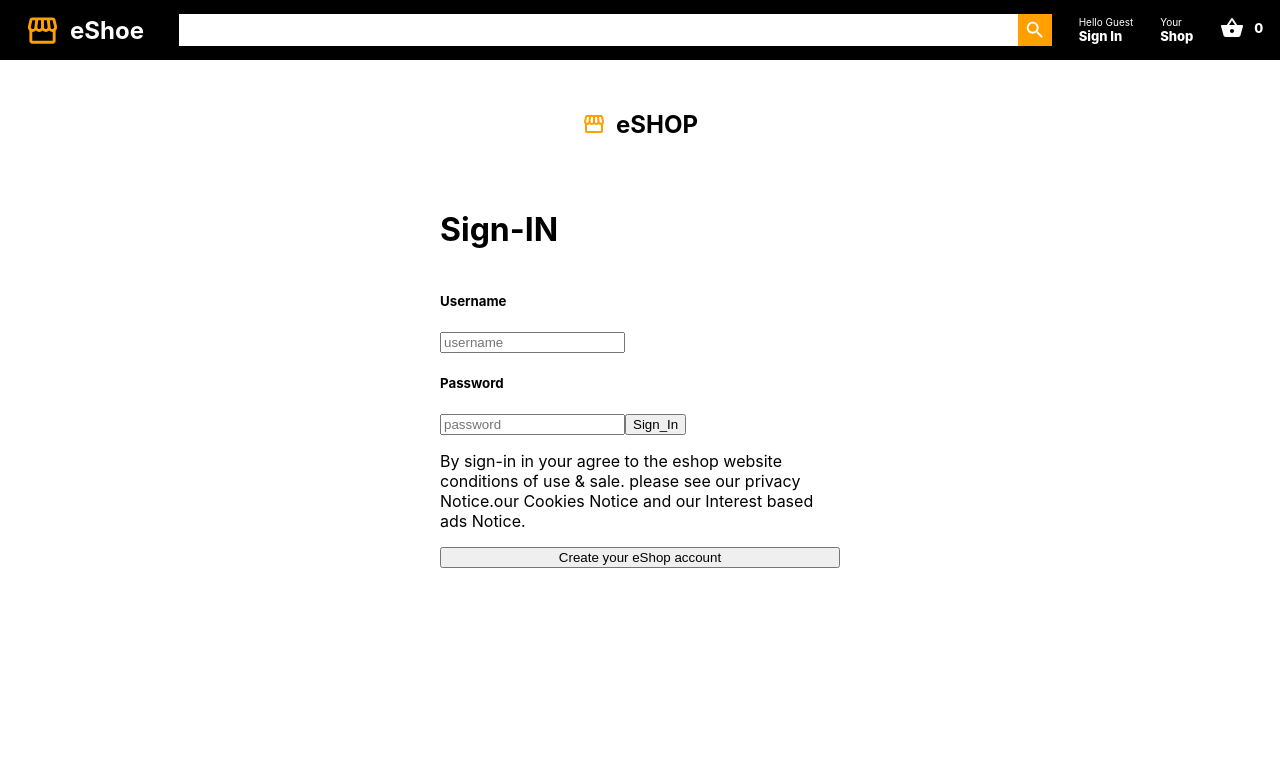
Repository: sandeepreddyvitta/react
Page: /login (app in eshop/)
These files come from the project's save history. The page is drawn as it stood at one moment and after the next save; the edit follows.
The browser window is 1280 px wide. The pictures show the whole page.
The project was rebuilt for these pictures with package versions that can differ from the ones it lists, and the page was loaded fresh each time. Also part of the build but not shown: eshop/src/components/products/product.scss, eshop/src/components/products/Product.js, eshop/src/components/home/home.scss, eshop/src/components/home/Home.js, eshop/src/components/checkOut/checkout.scss, eshop/src/components/checkOut/checkoutproduct.scss, eshop/src/components/checkOut/CheckOutProduct.js, eshop/src/components/checkOut/subtotal.scss and 2 more.

Above is the page before, as saved 2022-12-07 11:39:37.

### eshop/public/index.html
<!DOCTYPE html>
<html lang="en">

<head>
  <meta charset="utf-8" />
  <link rel="icon" href="%PUBLIC_URL%/favicon.ico" />
  <meta name="viewport" content="width=device-width, initial-scale=1" />
  <meta name="theme-color" content="#000000" />
  <meta name="description" content="Web site created using create-react-app" />
  <link rel="apple-touch-icon" href="%PUBLIC_URL%/logo192.png" />
  <!--
      manifest.json provides metadata used when your web app is installed on a
      user's mobile device or desktop. See https://developers.google.com/web/fundamentals/web-app-manifest/
    -->
  <link rel="manifest" href="%PUBLIC_URL%/manifest.json" />

  <!--
      Notice the use of %PUBLIC_URL% in the tags above.
      It will be replaced with the URL of the `public` folder during the build.
      Only files inside the `public` folder can be referenced from the HTML.

      Unlike "/favicon.ico" or "favicon.ico", "%PUBLIC_URL%/favicon.ico" will
      work correctly both with client-side routing and a non-root public URL.
      Learn how to configure a non-root public URL by running `npm run build`.
    -->
  <title>eShop</title>
</head>

<body>
  <noscript>You need to enable JavaScript to run this app.</noscript>
  <div id="root"></div>
  <!--
      This HTML file is a template.
      If you open it directly in the browser, you will see an empty page.

      You can add webfonts, meta tags, or analytics to this file.
      The build step will place the bundled scripts into the <body> tag.

      To begin the development, run `npm start` or `yarn start`.
      To create a production bundle, use `npm run build` or `yarn build`.
    -->
</body>

</html>

### eshop/src/index.js
import React from 'react';
import ReactDOM from 'react-dom/client';
import './index.css';
import App from './App';
import reportWebVitals from './reportWebVitals';
import reducer, { initialState } from './components/data/reducer';
import { StateProvider } from './components/data/StateProvider';

const root = ReactDOM.createRoot(document.getElementById('root'));
root.render(
  <React.StrictMode>
    <StateProvider initialState={initialState} reducer={reducer}>
      <App />
    </StateProvider>
  </React.StrictMode>
);


reportWebVitals();

### eshop/src/App.js
import React, { Children } from 'react'
import Home from './components/home/Home';
import NavBar from './components/navbar/NavBar';
import CheckOut from './components/checkOut/CheckOut'
import { createBrowserRouter, RouterProvider, Route, Outlet } from 'react-router-dom'
import Login from './components/login/Login';


function App() {
  const Layout = () => {
    return (
      <div>
        <NavBar />
        <>
          <Outlet />
        </>
      </div>
    )
  }

  const router = createBrowserRouter([
    {
      path: "/",
      element: <Layout />,
      children: [
        {
          path: '/',
          element: <Home />
        },
        {
          path: "/checkout",
          element: <CheckOut />
        },
        {
          path: '/login',
          element: <Login />
        }
      ]
    },
  ])
  return (
    <div className="App">
      <RouterProvider router={router} />
    </div>
  );
}

export default App;

### eshop/src/components/data/reducer.js
export const initialState = {
    basket: [],
};

export const getTotalAmount = (basket) => {
    console.log(basket)
    return (basket?.reduce((amount, item) => item.price + amount, 0));
}
const reducer = (state = initialState, action) => {
    switch (action.type) {
        case "Add_To_Basket":
            return {
                ...state, basket: [...state.basket, action.item],
            }
        case "Remove_To_Basket":
            const index = state.basket.findIndex(basketitem => basketitem.id === action.id);
            let newBasket = [...state.basket];
            if (index >= 0) {
                newBasket.splice(index, 1);
            }
            else {
                console.warn(`can't remove product id ${action.id} `)
            }
            return {
                ...state, basket: newBasket,
            }
        default:
            return { ...state }
    }
}

export default reducer;

### eshop/src/components/data/StateProvider.js
import React, { createContext, useContext, useReducer } from 'react'

export const StateContext = createContext();

export const StateProvider = ({ reducer, initialState, children }) => (
    <StateContext.Provider value={useReducer(reducer, initialState)}>
        {children}
    </StateContext.Provider>
);

export const useStateValue = () => useContext(StateContext);

### eshop/src/components/navbar/NavBar.js
import './navbar.scss'
import ShoppingBasketIcon from '@mui/icons-material/ShoppingBasket';
import StorefrontIcon from '@mui/icons-material/Storefront';
import SearchIcon from '@mui/icons-material/Search';
import { Link } from 'react-router-dom'
import { useStateValue } from '../data/StateProvider';
const NavBar = () => {
    const [{ basket }, dispatch] = useStateValue();
    return (
        <div className='navBar'>
            <Link to='/' style={{ textDecoration: "none" }}>
                <div className='headerLogo'>
                    <StorefrontIcon fontSize='large' className='storeIcon' />
                    <h2 className="title">eShoe</h2>
                </div>

            </Link>
            <div className='searchBar'>
                <input type="text" className='searchBarInput' />
                <SearchIcon className='searchIcon' />
            </div>
            <div className='userItems'>
                <Link to='/login' style={{ textDecoration: "none" }}>
                    <div className='headerItem'>
                        <span className='nav_itemOne'>Hello Guest</span>
                        <span className='nav_itemTwo'>Sign In</span>
                    </div>
                </Link>
                <div className='headerItem'>
                    <span className='nav_itemOne'>Your</span>
                    <span className='nav_itemTwo'>Shop</span>
                </div>
                <div className='headerItem'>
                    <Link to="/checkout" style={{ textDecoration: "none" }}>
                        <div className='basket'>
                            <ShoppingBasketIcon className='basketIcon' />
                            <span className='nav_itemTwo'>{basket.length}</span>
                        </div>
                    </Link>
                </div>
            </div>
        </div >
    )
}

export default NavBar

### eshop/src/components/login/Login.js
import { StorefrontOutlined } from '@material-ui/icons';
import { useState } from 'react'
import { Link } from 'react-router-dom';
import './login.scss'

const Login = () => {
    const [userName, setUserName] = useState('');
    const [password, setPassword] = useState('');
    return (
        <div className='login'>
            <Link to='/' style={{ textDecoration: "none" }}>
                <div className='logo'>
                    <StorefrontOutlined className='icon' fontsize='large' />
                    <h2 className='title'>eSHOP</h2>
                </div>
            </Link>
            <div className='loginContainer'>
                <h1>Sign-IN</h1>
                <form>
                    <h5>Username</h5>
                    <input type="text" value={userName} name="userName" onChange={e => setUserName(e.target.value)} placeholder="username" />
                    <h5>Password</h5>
                    <input type="password" value={password} name="password" onChange={e => setPassword(e.target.value)} placeholder="password" />
                    <button type="submit">Sign_In</button>
                </form>
                <p>
                    By sign-in in your agree to the eshop website conditions of use & sale.
                    please see our privacy Notice.our Cookies Notice and our Interest based ads Notice.
                </p>
                <button className='register'> Create your eShop account</button>
            </div>
        </div>
    )
}

export default Login

### eshop/src/components/navbar/navbar.scss
.navBar{
    height: 60px;
    display: flex;
    align-items: center;
    background-color: black;
    color: white;
    position: sticky;
    z-index: 2;
    top:0;
    .headerLogo{
        display: flex;
        flex:1;
        align-items:center;
        color:#ff9f00;
        margin: 0px 25px;
        .storeIcon{
            margin-right: 10px;
        }
        .title{
            text-decoration: none;
            color:white;
            border: 0;
        }
    }
    .searchBar{
        display: flex;
        flex:4;
        align-items:center;
        border-radius: 24px;
        margin: 0 10px;
        .searchBarInput{

            height: 12px;
            padding: 10px;
            border: none;
            width: 100%;
        }
        .searchIcon{
            height:22px;
            padding: 5px;
            background-color:#ff9f00;
            cursor: pointer;
        }
    }
    .userItems{
        display: flex;
        flex: 1;
        justify-content: space-evenly;
        .headerItem{
            display: flex;
            flex-direction: column;
            margin: 0px 10px;
            color:white;
            .nav_itemOne{
                font-size: 10px;
            }
            .nav_itemTwo{
                font-size: 13px;
                font-weight: 800;
            }
            .basket{
                display: flex;
                align-items:center;
                color:white;
                .basketIcon{
                    margin-right: 10px;
                }
            }
        }
    }
}

### eshop/src/components/login/login.scss
.login{
    display: flex;
    flex-direction: column;
    align-items:center;
    background-color: white;
    height: 100vh;
    .logo{
        display: flex;
        align-items: center;
        margin: 30px 0px;
        .icon{
            color:#ff9f00;
        }
        .title{
            color:black;
            margin-left: 10px;
        }
    }
    .loginContainer{
        display: flex;
        flex-direction: column;
        height: 500px;
        width:400px
    }
}

Loaded but not shown: eshop/src/index.css (common file); eshop/src/reportWebVitals.js (common file)

After the next save:
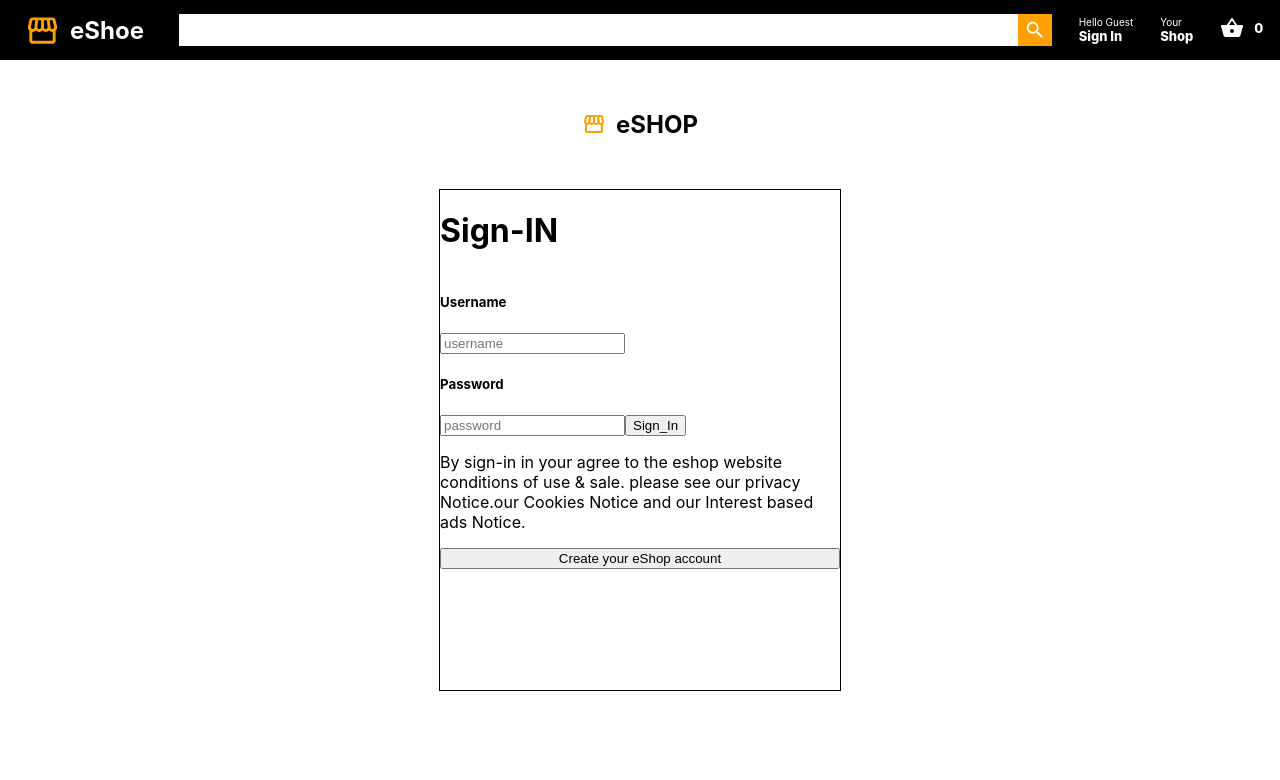
Saved 26 s later.
--- a/eshop/src/components/login/login.scss
+++ b/eshop/src/components/login/login.scss
@@ -20,6 +20,7 @@
         display: flex;
         flex-direction: column;
         height: 500px;
-        width:400px
+        width:400px;
+        border:1px solid;
     }
 }
